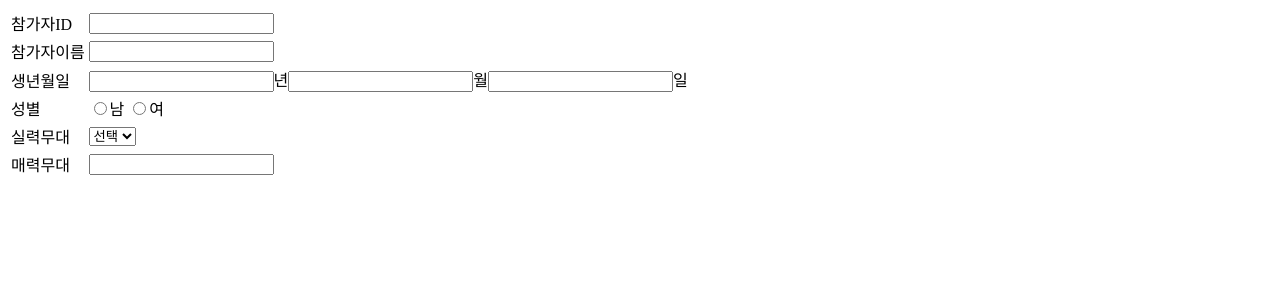
Repository: khs220507/WebClass
Page: prj0828/src/main/webapp/Audition/register.html
The author's editor kept a copy of each file at every save. The page is drawn from the files as they stood at one save, then again after the next save.
The browser window is 1280 px wide. The pictures show the whole page.

Above is the page before, as saved 2023-08-28 08:02:51.

### prj0828/src/main/webapp/Audition/register.html
<!DOCTYPE html>
<html>
<head>
<meta charset="UTF-8">
<title>Insert title here</title>
</head>
<body>
	<table>
		<tr>
			<td>참가자ID</td>
			<td><input type="text"></td>
		</tr>
		<tr>
			<td>참가자이름</td>
			<td><input type="text"></td>
		</tr>
		<tr>
			<td>생년월일</td>
			<td><input type="text">년<input type="text">월<input type="text">일</td>
		</tr>
		<tr>
			<td>성별</td>
			<td><input type="radio">남
			<input type="radio">여</td>
		</tr>
		<tr>
			<td>실력무대</td>
			<td><select>
				<option>선택</option>
				<option>보컬</option>
				<option>댄스</option>
				<option>랩</option>
			</select></td>
		</tr>
		<tr>
			<td>매력무대</td>
			<td><input type="text"></td>
		</tr>
		<tr>
			<td colspan="2"></td>

		</tr>
	</table>
</body>
</html>

After the next save:
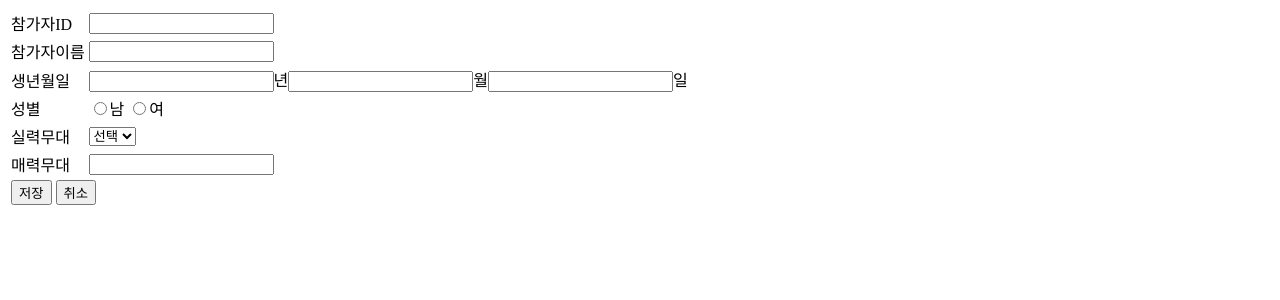
Saved 31 s later.
--- a/prj0828/src/main/webapp/Audition/register.html
+++ b/prj0828/src/main/webapp/Audition/register.html
@@ -37,7 +37,8 @@
 			<td><input type="text"></td>
 		</tr>
 		<tr>
-			<td colspan="2"></td>
+			<td colspan="2"><button>저장</button>
+			<button>취소</button</td>
 
 		</tr>
 	</table>
